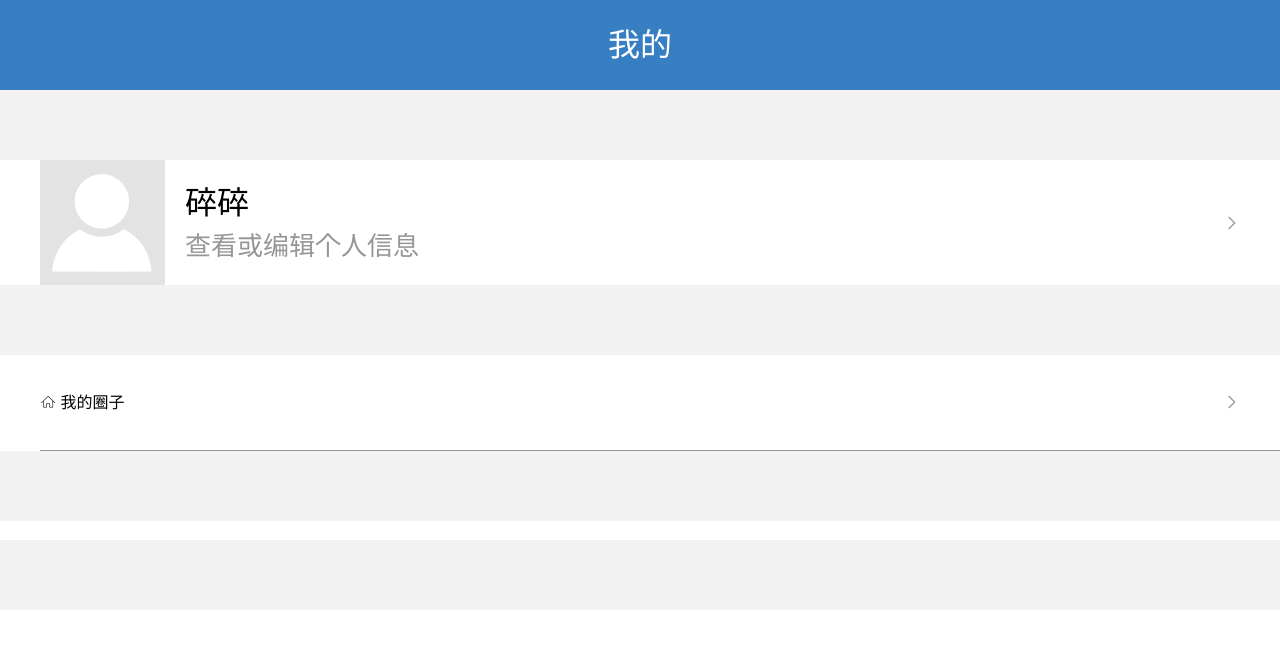
Repository: A1LExX/H5_study_set
Page: myProfile/index.html
The author's editor kept a copy of each file at every save. The page is drawn from the files as they stood at one save, then again after the next save.
The browser window is 1280 px wide. The pictures show the whole page.

Above is the page before, as saved 2021-07-12 20:39:32.

### myProfile/index.html
<!--
@author [Alex Wei]
@email [w2262196@outlook.com]
@create date 2021-07-12 18:52:43
@modify date 2021-07-12 20:39:11
@desc [description]
-->
<!DOCTYPE html>
<html lang="en">

<head>
    <meta charset="UTF-8">
    <meta http-equiv="X-UA-Compatible" content="IE=edge">
    <meta name="viewport" content="width=device-width, initial-scale=1.0">
    <!-- 引入重制样式表 -->
    <link rel="stylesheet" href="./css/reset.css">
    <!-- 引入移动端适配js -->
    <script src="./js/rem.js"></script>
    <!-- 引入字体图标样式表 -->
    <link rel="stylesheet" href="./css/iconfont.css">
    <!-- 引入当前页面样式表 -->
    <link rel="stylesheet" href="./css/index.css">
    <title>Document</title>
</head>

<body>
    <!-- 页眉 -->
    <div id="top">我的</div>
    <!-- 中间部分 -->
    <div id="mid">
        <div class="proFile">
            <div class="profileLeft">
                <div class="profileImg">
                    <span class="iconfont icon-icontouxiang"></span>
                </div>
                <div class="profileWord">
                    <span>碎碎</span>
                    <span>查看或编辑个人信息</span>
                </div>
            </div>
            <div class="iconfont icon-arrow-right"></div>
        </div>
        <div class="itemOne">
            <div class="itemTop">
                <div class="itemDown">
                    <span class="iconfont icon-fangzi1"></span>
                    <span>我的圈子</span>
                </div>
            <div class="iconfont icon-arrow-right"></div>
            </div>
            <div></div>
        </div>
        <div class="itemTwo"></div>
        <div class="setting"></div>
    </div>
    <!-- 页脚 -->
    <div id="footer"></div>
</body>

</html>

### myProfile/css/reset.css
/**
 * @author [Alex Wei]
 * @email [w2262196@outlook.com]
 * @create date 2021-07-12 19:03:59
 * @modify date 2021-07-12 19:05:27
 * @desc [description]
 */
/*
KISSY CSS Reset
理念：1. reset 的目的不是清除浏览器的默认样式，这仅是部分工作。清除和重置是紧密不可分的。
2. reset 的目的不是让默认样式在所有浏览器下一致，而是减少默认样式有可能带来的问题。
3. reset 期望提供一套普适通用的基础样式。但没有银弹，推荐根据具体需求，裁剪和修改后再使用。
特色：1. 适应中文；2. 基于最新主流浏览器。
维护：玉伯<lifesinger@gmail.com>, 正淳<ragecarrier@gmail.com>
 */

/** 清除内外边距 **/
body, h1, h2, h3, h4, h5, h6, hr, p, blockquote, /* structural elements 结构元素 */
dl, dt, dd, ul, ol, li, /* list elements 列表元素 */
pre, /* text formatting elements 文本格式元素 */
form, fieldset, legend, button, input, textarea, /* form elements 表单元素 */
th, td /* table elements 表格元素 */ {
  margin: 0;
  padding: 0;
}

/** 设置默认字体 **/
body,
button, input, select, textarea /* for ie */ {
  font: 12px/1.5 tahoma, arial, \5b8b\4f53, sans-serif;
}
h1, h2, h3, h4, h5, h6 { font-size: 100%; }
address, cite, dfn, em, var { font-style: normal; } /* 将斜体扶正 */
code, kbd, pre, samp { font-family: courier new, courier, monospace; } /* 统一等宽字体 */
small { font-size: 12px; } /* 小于 12px 的中文很难阅读，让 small 正常化 */

/** 重置列表元素 **/
ul, ol { list-style: none; }

/** 重置文本格式元素 **/
a { text-decoration: none; }
a:hover { text-decoration: underline; }


/** 重置表单元素 **/
legend { color: #000; } /* for ie6 */
fieldset, img { border: 0; } /* img 搭车：让链接里的 img 无边框 */
button, input, select, textarea { font-size: 100%; } /* 使得表单元素在 ie 下能继承字体大小 */
/* 注：optgroup 无法扶正 */

/** 重置表格元素 **/
table { border-collapse: collapse; border-spacing: 0; }

/* 清除浮动 */
.ks-clear:after, .clear:after {
  content: '\20';
  display: block;
  height: 0;
  clear: both;
}

.ks-clear, .clear {
  *zoom: 1;
}

### myProfile/js/rem.js
//designWidth:设计稿的实际宽度值，需要根据实际设置
//maxWidth:制作稿的最大宽度值，需要根据实际设置
//这段js的最后面有两个参数记得要设置，一个为设计稿实际宽度，一个为制作稿最大宽度，例如设计稿为750，最大宽度为750，则为(750,750)
;(function(designWidth, maxWidth) {
	var doc = document,
	win = window,
	docEl = doc.documentElement,
	remStyle = document.createElement("style"),
	tid;

	function refreshRem() {
		var width = docEl.getBoundingClientRect().width;
		maxWidth = maxWidth || 540;
		width>maxWidth && (width=maxWidth);
		//屏幕宽度 * 100 / 设计稿宽度
		var rem = width * 100 / designWidth;
		remStyle.innerHTML = 'html{font-size:' + rem + 'px;}';
	}

	if (docEl.firstElementChild) {
		docEl.firstElementChild.appendChild(remStyle);
	} else {
		var wrap = doc.createElement("div");
		wrap.appendChild(remStyle);
		doc.write(wrap.innerHTML);
		wrap = null;
	}
	//要等 wiewport 设置好后才能执行 refreshRem，不然 refreshRem 会执行2次；
	refreshRem();

	win.addEventListener("resize", function() {
		clearTimeout(tid); //防止执行两次
		tid = setTimeout(refreshRem, 300);
	}, false);

	win.addEventListener("pageshow", function(e) {
		if (e.persisted) { // 浏览器后退的时候重新计算
			clearTimeout(tid);
			tid = setTimeout(refreshRem, 300);
		}
	}, false);

	if (doc.readyState === "complete") {
		doc.body.style.fontSize = "16px";
	} else {
		doc.addEventListener("DOMContentLoaded", function(e) {
			doc.body.style.fontSize = "16px";
		}, false);
	}
})(750, 750);

### myProfile/css/iconfont.css
@font-face {
  font-family: "iconfont"; /* Project id  */
  src: url('../fonts/iconfont.ttf?t=1626088719469') format('truetype');
}

.iconfont {
  font-family: "iconfont" !important;
  font-size: 16px;
  font-style: normal;
  -webkit-font-smoothing: antialiased;
  -moz-osx-font-smoothing: grayscale;
}

.icon-arrow-right:before {
  content: "\e601";
}

.icon-fangzi:before {
  content: "\e614";
}

.icon-fangzi1:before {
  content: "\e6d3";
}

.icon-icontouxiang:before {
  content: "\e622";
}

.icon-quanquanb:before {
  content: "\e6d4";
}

.icon-baobiao:before {
  content: "\e65c";
}

.icon-liuyan:before {
  content: "\e615";
}

.icon-shouye:before {
  content: "\e60b";
}

.icon-baoming:before {
  content: "\e664";
}

.icon-shezhi:before {
  content: "\e63a";
}

.icon-dibudaohanglan-:before {
  content: "\e630";
}

.icon-renyuan:before {
  content: "\e61a";
}

### myProfile/css/index.css
/**
 * @author [Alex Wei]
 * @email [w2262196@outlook.com]
 * @create date 2021-07-12 19:23:21
 * @modify date 2021-07-12 20:39:32
 * @desc [description]
 */
html, body{
    width: 100%;
    height: 100%;
}

body{
    display: flex;
    flex-direction: column;
}

#top{
    height: .9rem;
    background: #387ec2;
    color: white;
    font-size: .32rem;
    line-height: .9rem;
    text-align: center;
}


#mid{
    flex: 1;
    background: #f2f2f2;
    overflow: scroll;
    display: flex;
    flex-direction: column;
}

#mid .profileImg{
    width: 1.25rem;
    height: 1.25rem;
    background: #e3e3e3;
    text-align: center;
    margin-right: .20rem;
}

.proFile{
    display: flex;
    justify-content: space-between;
    align-items: center;
    background: white;
    height: 1.6rem;
}

.icon-icontouxiang{
    font-size: 1rem;
    line-height: 1.25rem;
    /* text-align: center; */
    color: white;
}

.profileLeft{
    display: flex;
    justify-content: space-between;
    align-items: center;
}

.profileWord span:first-child{
    font-size: .32rem;
}

.profileWord span:last-child{
    /* display: inline; */
    display: block;
    font-size: .26rem;
    color: #969696;
}

.icon-arrow-right{
    color: #969696;
    margin-right: .4rem;
}

#mid>div{
    margin-top: .7rem;
}

#mid>div{
    padding-left: .4rem;
    /* padding-right: .4rem; */
}

.itemOne{
    height: 1.9rem;
    background: white;
    display: flex;
    flex-direction: column;
}

.itemTop{
    display: flex;
    justify-content: space-between;
    line-height: .95rem;
    border-bottom: 0.01rem solid #969696;
}

.itemDown{

}

.itemTwo{
    height: 1.9rem;
    background: white;
    display: flex;
    flex-direction: column;
}

.setting{
    height: .96rem;
    background: white;
}

#footer{
    height: 1rem;
}

After the next save:
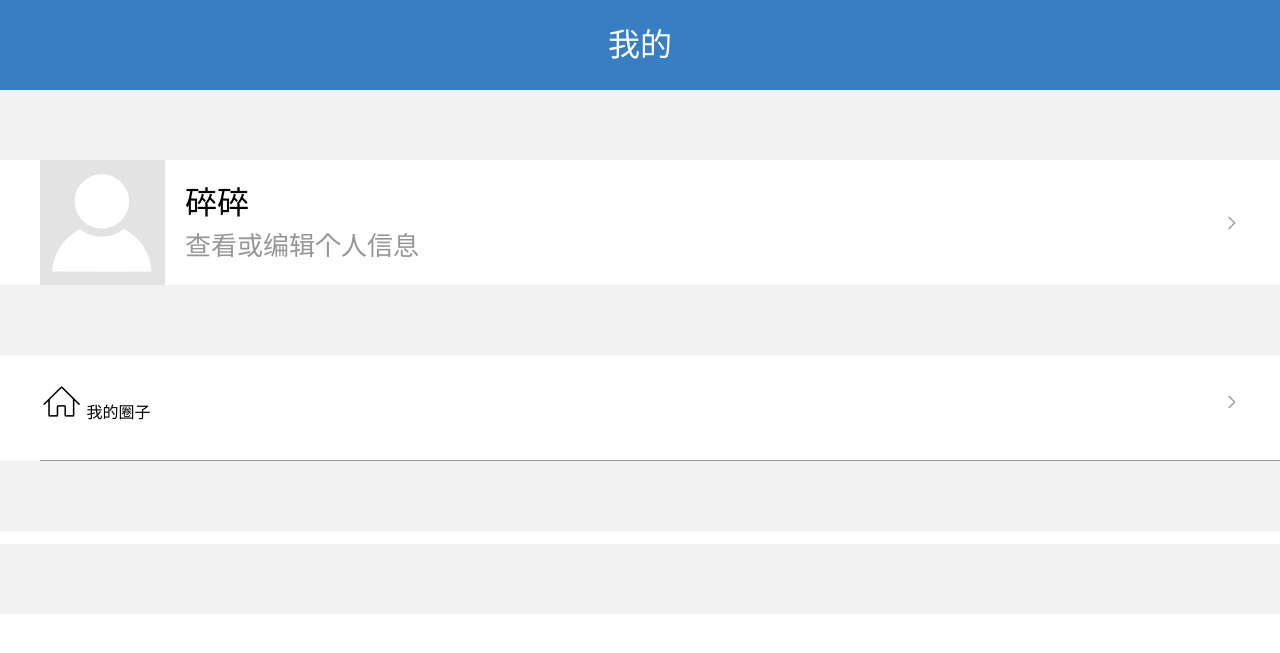
Saved 17 s later.
--- a/myProfile/css/index.css
+++ b/myProfile/css/index.css
@@ -2,7 +2,7 @@
  * @author [Alex Wei]
  * @email [w2262196@outlook.com]
  * @create date 2021-07-12 19:23:21
- * @modify date 2021-07-12 20:39:32
+ * @modify date 2021-07-12 20:39:49
  * @desc [description]
  */
 html, body{
@@ -101,8 +101,8 @@ body{
     border-bottom: 0.01rem solid #969696;
 }
 
-.itemDown{
-
+.itemDown span:first-child{
+    font-size: .42rem;
 }
 
 .itemTwo{
